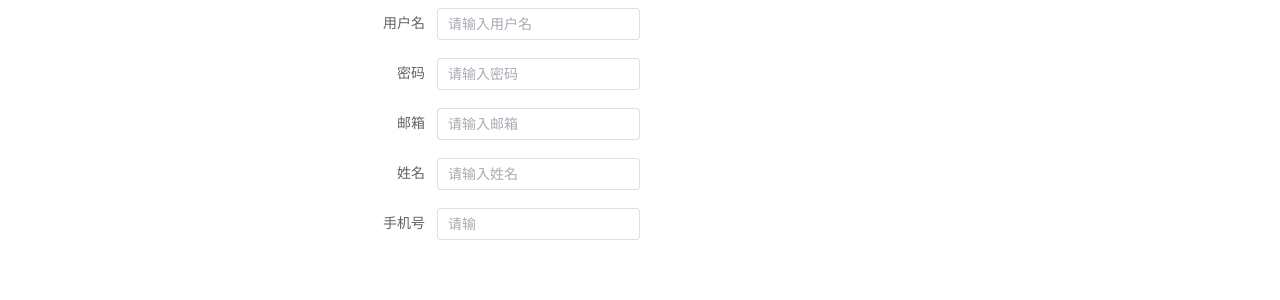
Repository: Mickey1216/yzkj_login_demo
Page: /register
The author's editor kept a copy of each file at every save. The page is drawn from the files as they stood at one save, then again after a run of saves.
The browser window is 1280 px wide. The pictures show the whole page.
The project was rebuilt for these pictures with package versions that can differ from the ones it lists, and the page was loaded fresh each time. Also part of the build but not shown: vite.config.js, src/views/Login.vue.

Above is the page before, as saved 2023-07-04 14:38:41.

After the next 2 saves:
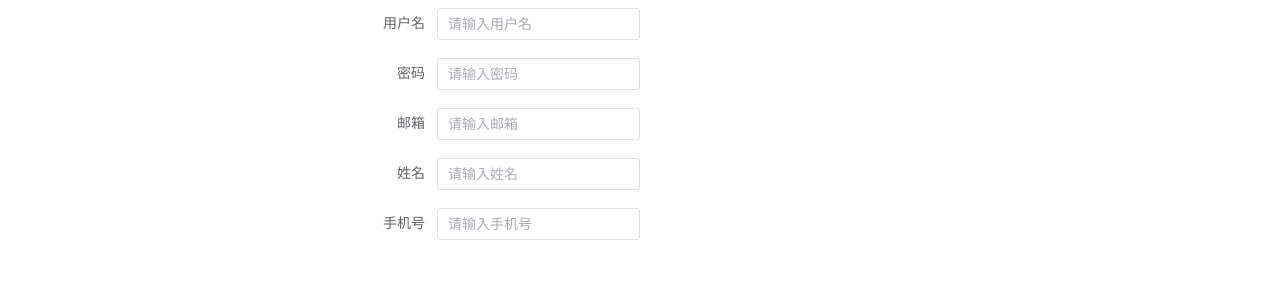
The 2 saves are shown as one change because they came seconds apart.
The last was saved 7 s later.
--- a/src/views/Register.vue
+++ b/src/views/Register.vue
@@ -13,7 +13,7 @@
       <el-input placeholder="请输入姓名" v-model="form.name"/>
     </el-form-item>
     <el-form-item label="手机号">
-      <el-input placeholder="请输" v-model="form.name"/>
+      <el-input placeholder="请输入手机号" v-model="form.phone"/>
     </el-form-item>
   </el-form>
 </template>
